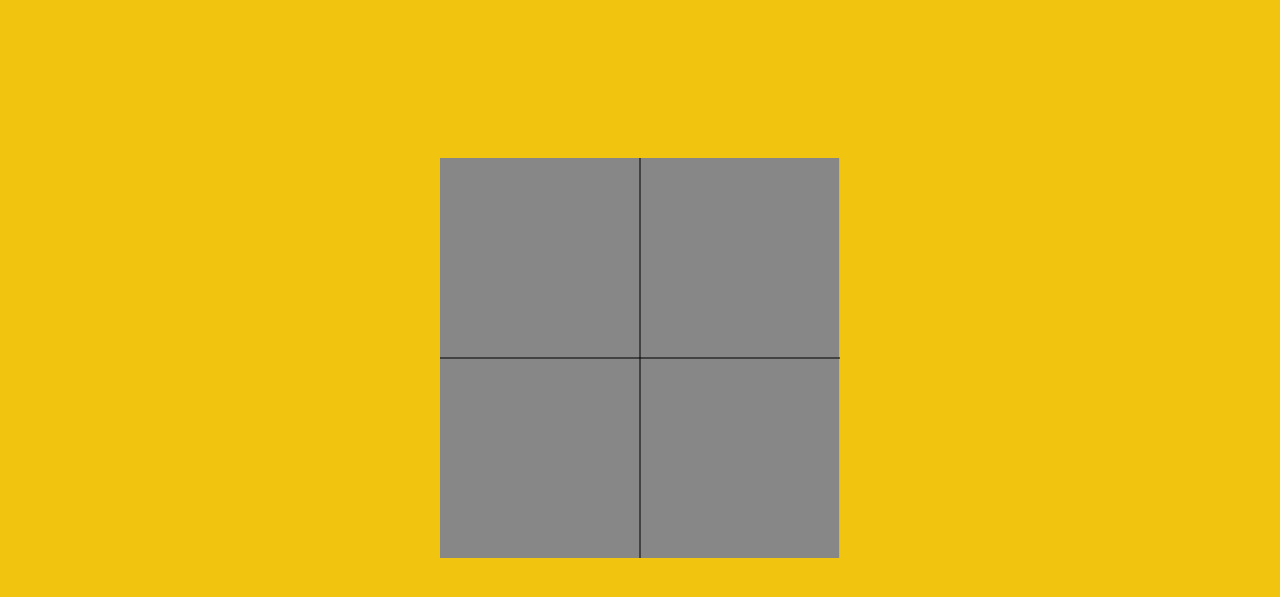
Repository: animarcus/graphing-app
Page: index.html
The author's editor kept a copy of each file at every save. The page is drawn from the files as they stood at one save, then again after the next save.
The browser window is 1280 px wide. The pictures show the whole page.
Some web libraries are served in a nearby version.

Above is the page before, as saved 2020-09-26 19:29:29.

After the next save:
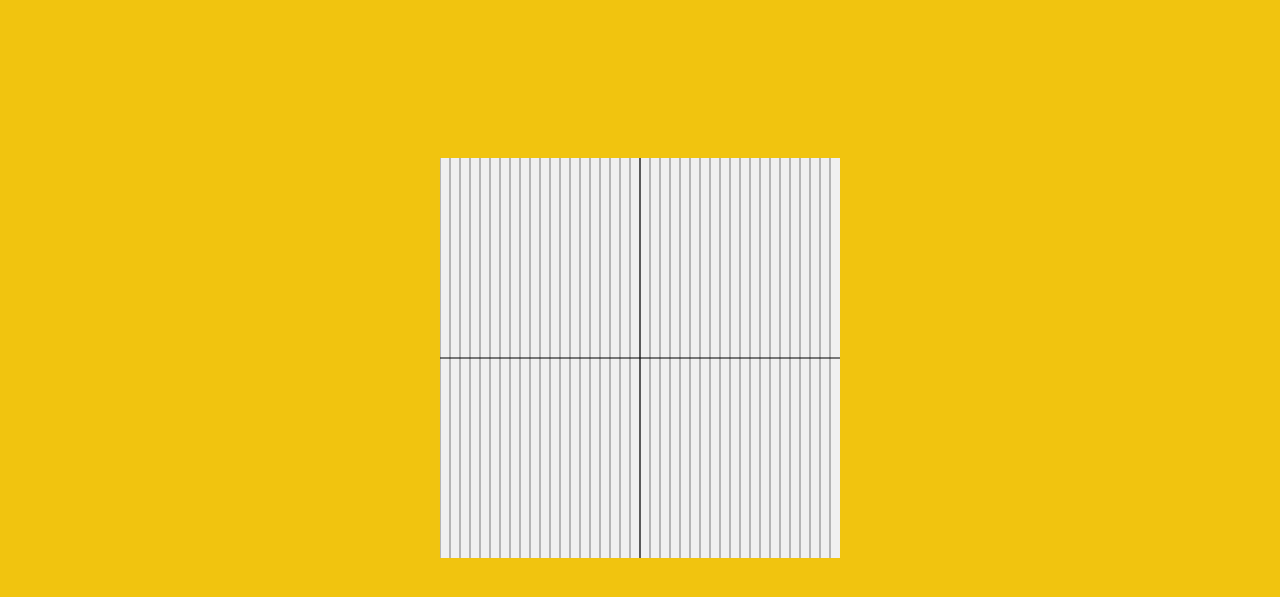
Saved 5 s later.
--- a/js/sketch.js
+++ b/js/sketch.js
@@ -15,7 +15,7 @@ function setup() {
   line(0, -canvasH/2, 0, canvasH/2);
 
   strokeWeight(1);
-  for (let i = -canvasW/2; i < canvasW/2; i++) {
+  for (let i = -canvasW/2; i < canvasW/2; i += 10) {
     line(i, -canvasH/2, i, canvasH/2);
   }
 }
